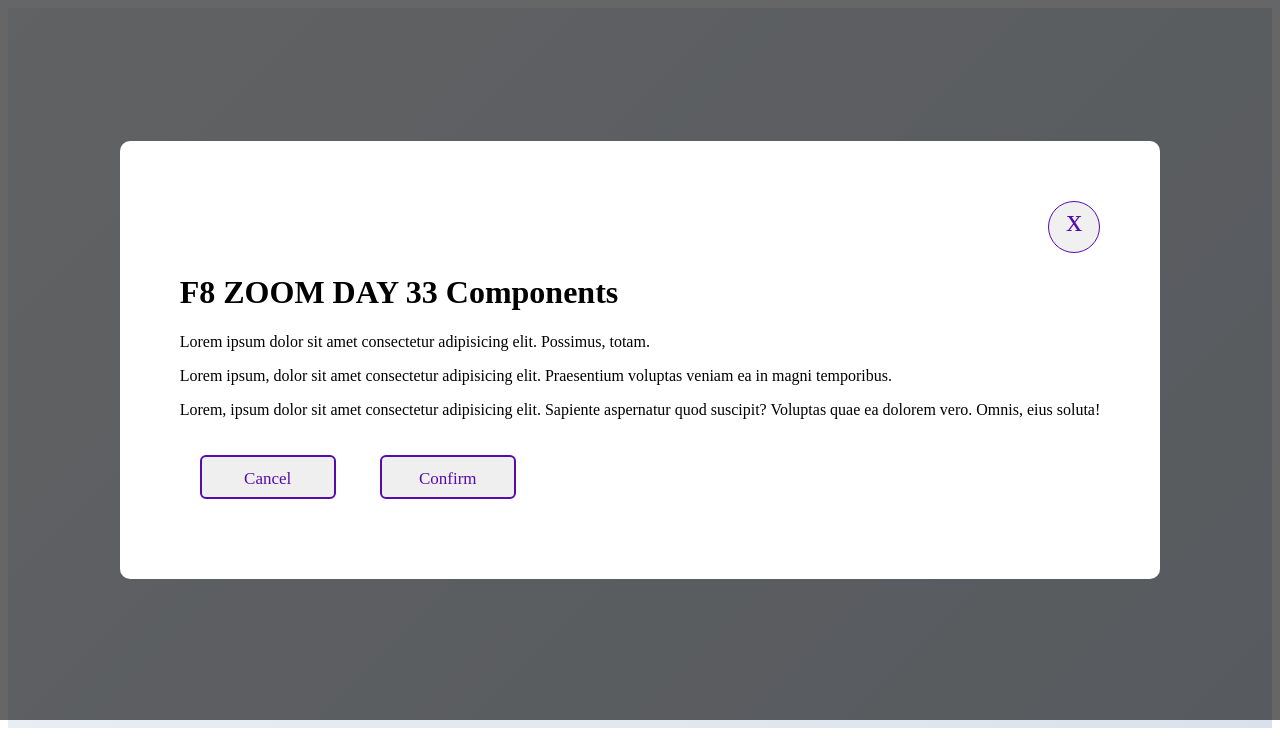
Repository: lannguyen1301/f8-zoom-day-33-new
Page: index.html
An editor plug-in stored every save of this project. The page is shown before and after the next save, followed by the edit.
The browser window is 1280 px wide. The pictures show the whole page.
After loading, the first visible `#open-modal` was clicked once.

Above is the page before, as saved 2025-08-06 22:22:26.

After the next save:
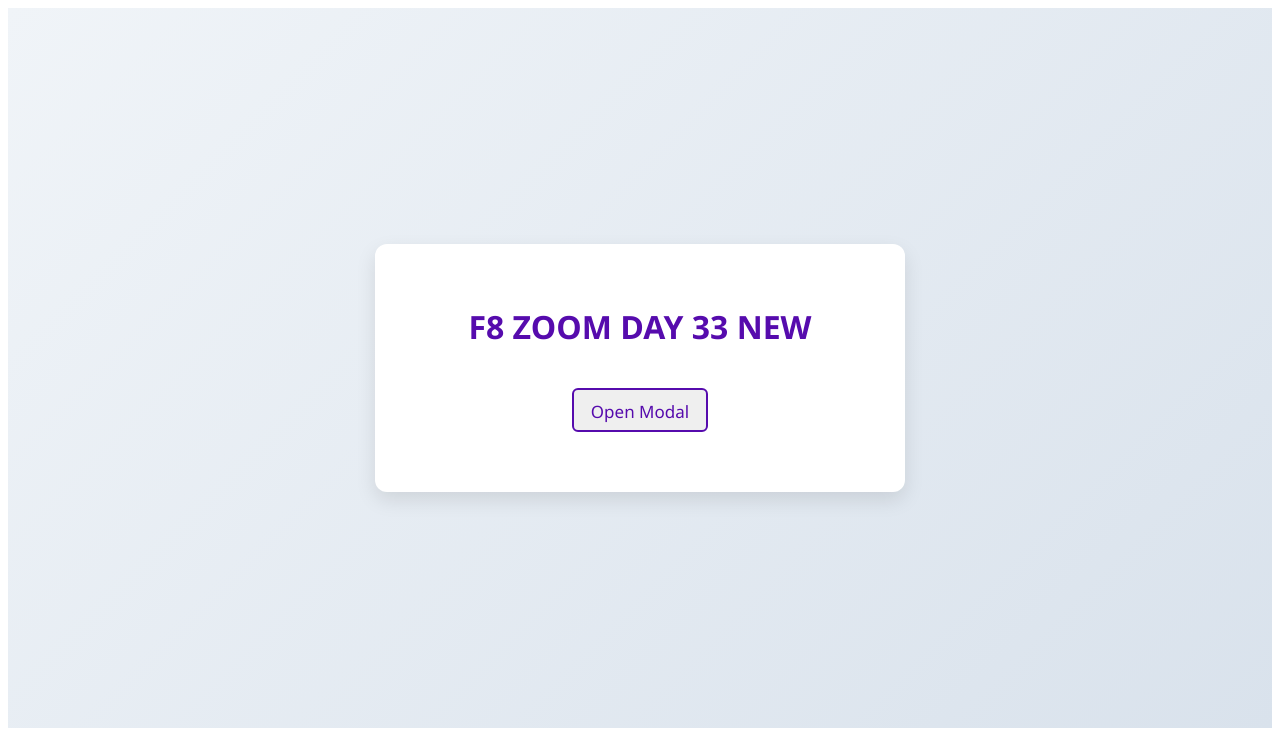
Console error: TypeError: appModal.open is not a function
Saved 26 min 16 s later.
--- a/Components/app-modal.js
+++ b/Components/app-modal.js
@@ -1,45 +1,45 @@
-class AppModal extends HTMLElement {
-    constructor() {
-        super();
-        this.attachShadow({ mode: "open" });
-    }
+// class AppModal extends HTMLElement {
+//     constructor() {
+//         super();
+//         this.attachShadow({ mode: "open" });
+//     }
 
-    connectedCallback() {
-        // cách 1
-        // this.removeAttribute("hidden");
+//     connectedCallback() {
+//         // cách 1
+//         // this.removeAttribute("hidden");
 
-        // cách 2
-        this.hidden = false;
-    }
+//         // cách 2
+//         this.hidden = false;
+//     }
 
-    open() {
-        // Append Template
-        const template = document.querySelector("#app-modal-tpl");
-        const templateContent = template.content.cloneNode(true);
-        this.shadowRoot.appendChild(templateContent);
+//     open() {
+//         // Append Template
+//         const template = document.querySelector("#app-modal-tpl");
+//         const templateContent = template.content.cloneNode(true);
+//         this.shadowRoot.appendChild(templateContent);
 
-        // this.addEventListener("click", () => {
-        //     this.close();
-        // });
+//         // this.addEventListener("click", () => {
+//         //     this.close();
+//         // });
 
-        // Set heading
-        // const heading = this.shadowRoot.querySelector("#heading");
-        // heading.textContent = this.getAttribute("heading");
-        this.dispatchEvent(new CustomEvent("open"));
-        // heading nằm ở <app-modal id="" heading="Modal 1"></app-modal>
+//         // Set heading
+//         // const heading = this.shadowRoot.querySelector("#heading");
+//         // heading.textContent = this.getAttribute("heading");
+//         this.dispatchEvent(new CustomEvent("open"));
+//         // heading nằm ở <app-modal id="" heading="Modal 1"></app-modal>
 
-        this.shadowRoot.addEventListener("click", (e) => {
-            if (e.target.closest("#close-btn")) {
-                this.close();
-            }
-        });
-    }
-    close() {
-        this.shadowRoot.innerHTML = "";
+//         this.shadowRoot.addEventListener("click", (e) => {
+//             if (e.target.closest("#close-btn")) {
+//                 this.close();
+//             }
+//         });
+//     }
+//     close() {
+//         this.shadowRoot.innerHTML = "";
 
-        this.dispatchEvent(new CustomEvent("close"));
-    }
-}
+//         this.dispatchEvent(new CustomEvent("close"));
+//     }
+// }
 
-// gọi hàm
-customElements.define("app-modal", AppModal);
+// // gọi hàm
+// customElements.define("app-modal", AppModal);
